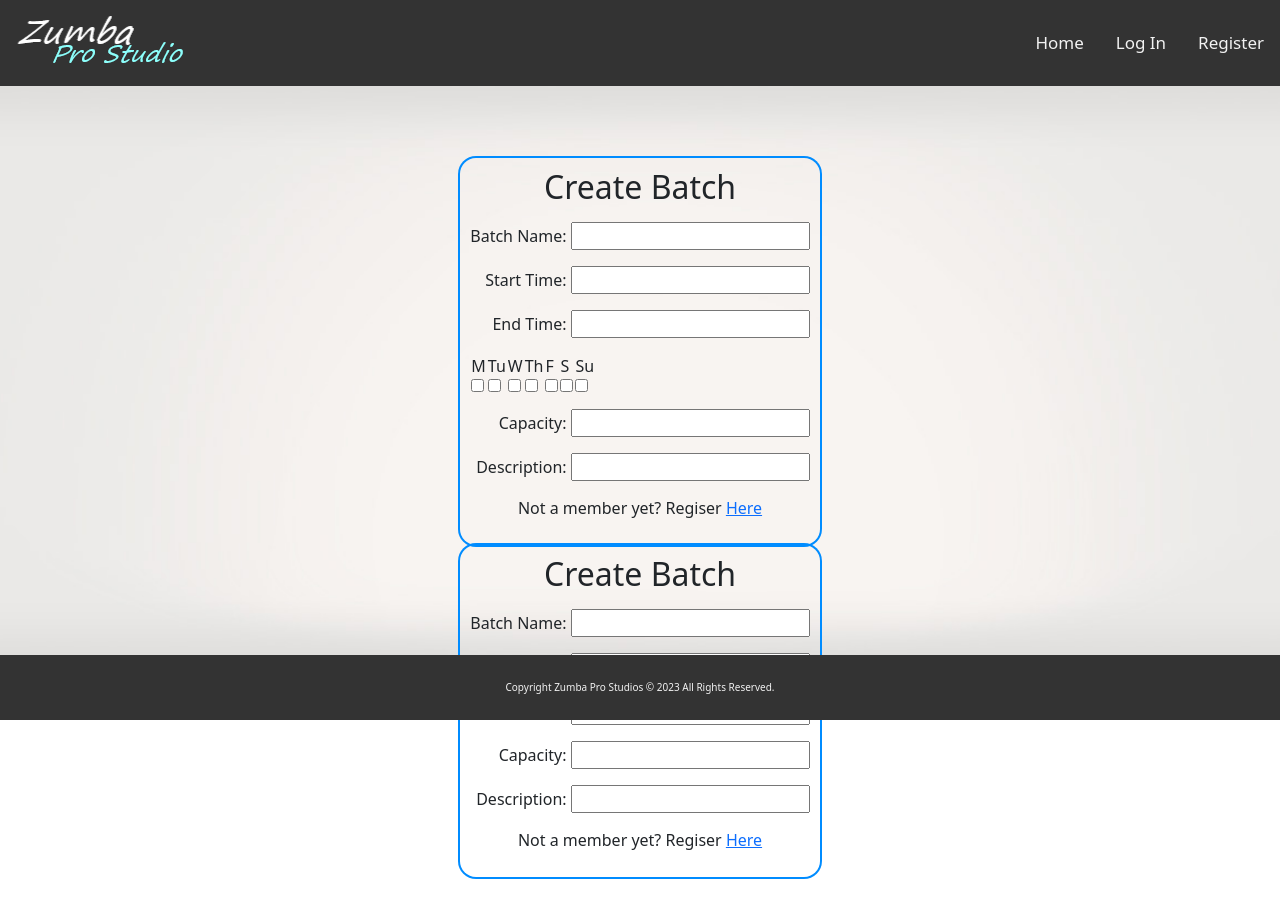
Repository: basemsamuel/Zumba
Page: http://localhost/ZumbaProStudio/adminusers.jsp
These files come from the project's save history. The page is drawn as it stood at one moment and after the next save; the edit follows.
The browser window is 1280 px wide. The pictures show the whole page.
The page is served by Tomcat 10.

Above is the page before, as saved 2023-07-30 21:24:09.

After the next save:
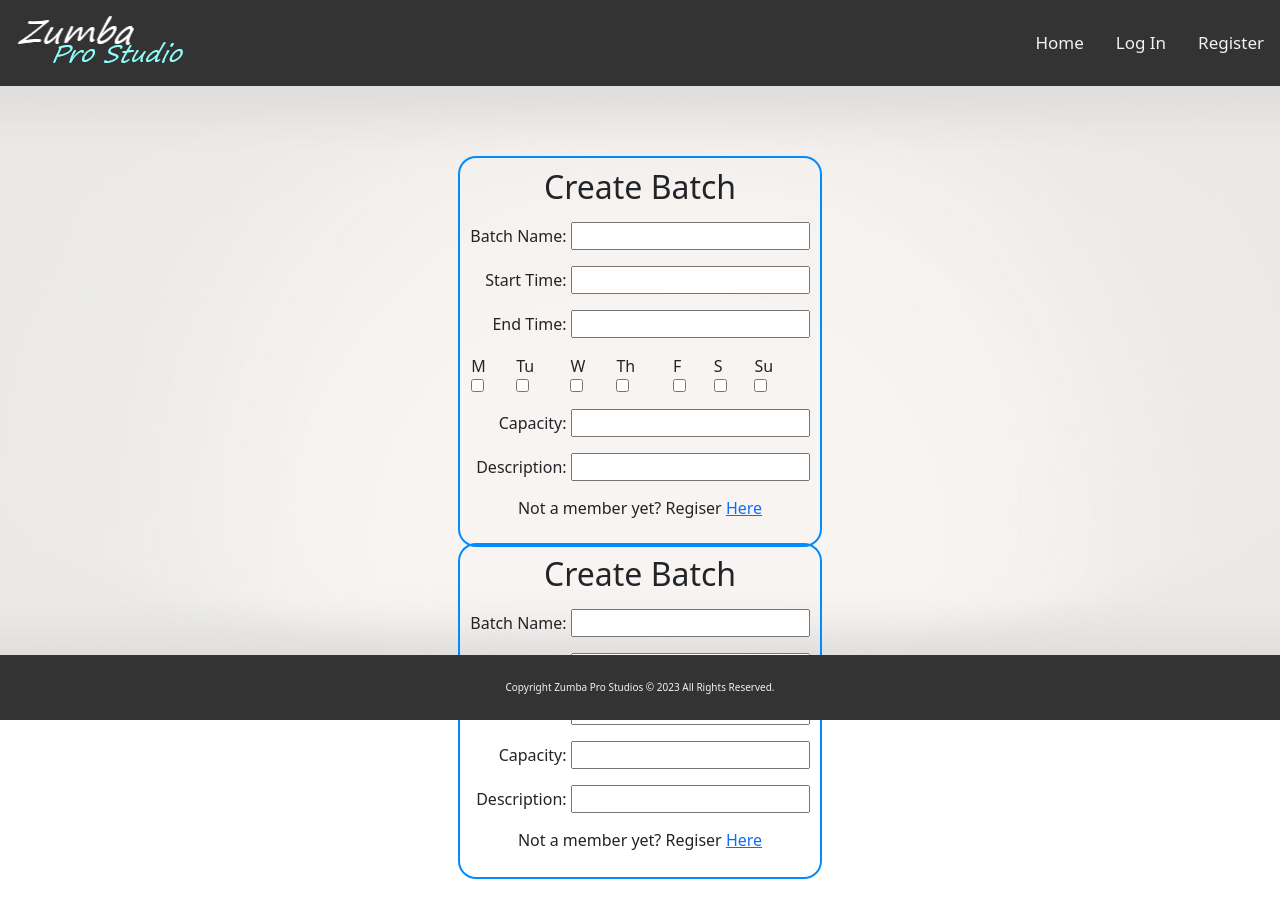
Saved 19 s later.
--- a/ZumbaProStudio/src/main/webapp/adminusers.jsp
+++ b/ZumbaProStudio/src/main/webapp/adminusers.jsp
@@ -39,8 +39,9 @@
 						    </div>
 
 						    <div>
-
-							        	<Table>
+						        <p>
+							        <div>
+							        	<Table width="100%">
 							        		<tr>
 							        			<td>M</td>
 							        			<td>Tu</td>
@@ -75,7 +76,8 @@
 							        		</tr>
 							        	</Table>
 
-
+							        </div>
+						        </p>
 						    </div>
 
 						    <div>
